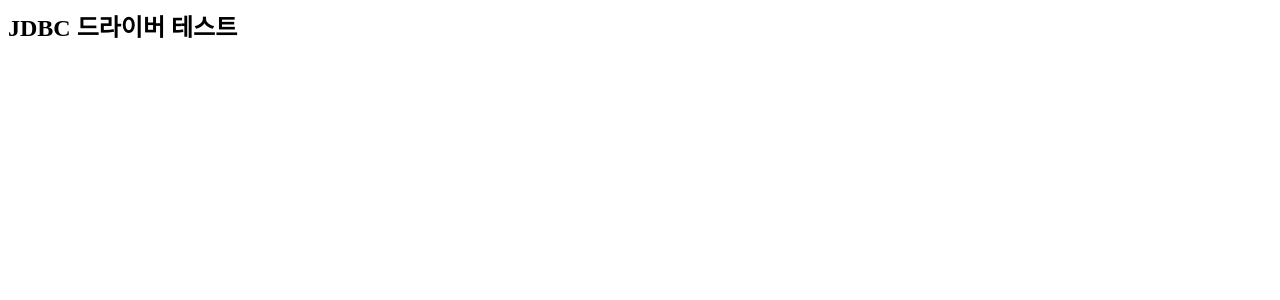
Repository: matodale/StudyJSP
Page: http://localhost/StudyJSP/ch11/driverTest.jsp
An editor plug-in stored every save of this project. The page is shown before and after the next save, followed by the edit.
The browser window is 1280 px wide. The pictures show the whole page.
The page is served by Tomcat 9.

Above is the page before, as saved 2022-12-22 09:42:27.

After the next save:
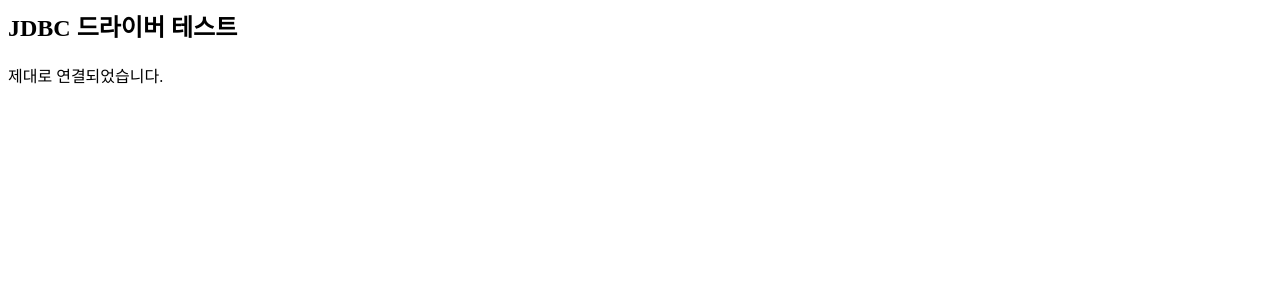
Saved 17 s later.
--- a/StudyJSP/src/main/webapp/ch11/driverTest.jsp
+++ b/StudyJSP/src/main/webapp/ch11/driverTest.jsp
@@ -11,6 +11,7 @@
 
 		Class.forName("com.mysql.jdbc.Driver");
 		conn = DriverManager.getConnection(jdbcUrl, dbId, dbPass);
+		out.println("제대로 연결되었습니다.");
 	}catch(Exception e){
 		e.printStackTrace();
 	}
